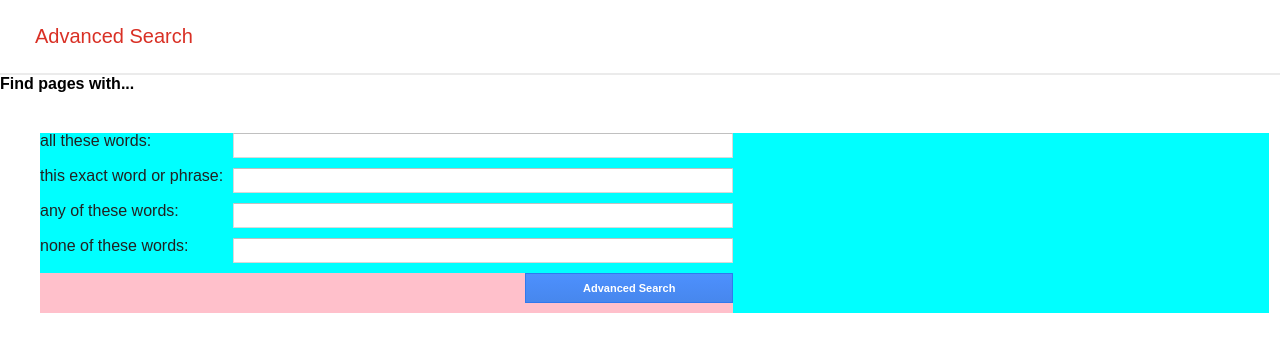
Repository: etentuk/search
Page: advanced_search.html
The author's editor kept a copy of each file at every save. The page is drawn from the files as they stood at one save, then again after the next save.
The browser window is 1280 px wide. The pictures show the whole page.

Above is the page before, as saved 2021-11-05 16:28:06.

### advanced_search.html
<!DOCTYPE html>
<html lang="en">

<head>
    <link rel="icon" href="./google_search_new_logo_icon_159150.ico">
    <title>Advanced Search</title>
    <link rel="stylesheet" href="styles.css">
    <style>
        .form-content {
            display: flex;
        }

        .form-content .form-label {
            flex: 1;
            font-size: 13px;
            color: #222;
            line-height: 16px;
            font-weight: inherit;
            font-style: inherit;
            font-size: 100%;
            vertical-align: baseline;
            text-decoration: none;
        }

        .form-input {
            flex: 1
        }

        .form-input input {
            border-radius: 1px;
            border: 1px solid #d9d9d9;
            border-top: 1px solid #c0c0c0;
            font-size: 13px;
            height: 25px;
            padding: 1px 8px;
            text-align: left;
        }
    </style>
</head>

<body>
    <div id="title">
        Advanced Search
    </div>
    <hr class="solid" style="border:1px solid #ebebeb;">
    <h4>Find pages with...</h4>
    <div>
        <form action="https://google.com/search" id="form">
            <div style="display: table-row;">
                <div class="form-content">
                    <div class="form-label">
                        <label for="as_q">all these words: </label>
                    </div>
                    <div class="form-input">
                        <input type="text" id="as_q" name="as_q">
                    </div>
                </div>
                <div class="form-content">
                    <div class="form-label">
                        <label for="as_epq">this exact word or phrase: </label>
                    </div>
                    <div class="form-input">
                        <input type="text" id="as_epq" name="as_epq">
                    </div>
                </div>
                <div class="form-content">
                    <div class="form-label">
                        <label for="as_oq">any of these words: </label>
                    </div>
                    <div class="form-input">
                        <input type="text" id="as_oq" name="as_oq">
                    </div>
                </div>
                <div class="form-content">
                    <div class="form-label">
                        <label for="as_eq">none of these words: </label>
                    </div>
                    <div class="form-input">
                        <input type="text" id="as_eq" name="as_eq">
                    </div>
                </div>
                <div id="submit">
                    <input type="submit" value="Advanced Search">
                </div>
        </form>
    </div>
</body>

</html>

### styles.css
* {
  margin: 0;
  padding: 0;
  box-sizing: border-box;
  font-family: Arial, sans-serif;
}

#title {
  color: #d93025;
  font-size: 20px;
  margin: 25px 35px;
}

#form {
  /* max-width: 1140px; */
  /* min-width: 100%; */
  background-color: aqua;
  width: 96%;
  margin: 40px;
}

.form-content {
  display: flex;
  flex-direction: row;
}

.form-content label {

  position: flex-start;
  padding-right: 10px;
  float: left;
}

.form-content input {
  position: flex-end;
  float: right;
  width: 500px;
}

label,
input {
  /* float: right; */
  display: table-cell;
  margin-bottom: 10px;
}

#submit {
  text-align: right;
  background-color: pink;
  width: 100%;
}

#submit input {
  border: 1px solid #3079ed;
  box-shadow: none;
  font-size: 11px;
  font-weight: bold;
  color: #fff;
  padding: 8px 12px;
  width: 30%;
  background-color: #4d90fe;
  background-image: -webkit-linear-gradient(top, #4d90fe, #4787ed);
}

After the next save:
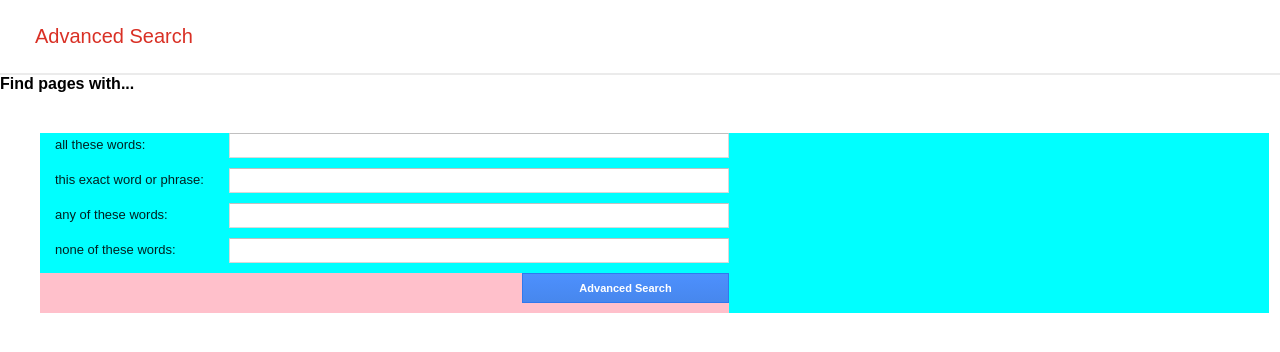
Saved 30 s later.
--- a/advanced_search.html
+++ b/advanced_search.html
@@ -20,6 +20,12 @@
             font-size: 100%;
             vertical-align: baseline;
             text-decoration: none;
+            color: rgba(0, 0, 0, 0.87);
+            text-decoration: none;
+            line-height: 24px;
+            font-size: 13px;
+            padding-left: 15px;
+            padding-right: 15px;
         }
 
         .form-input {
